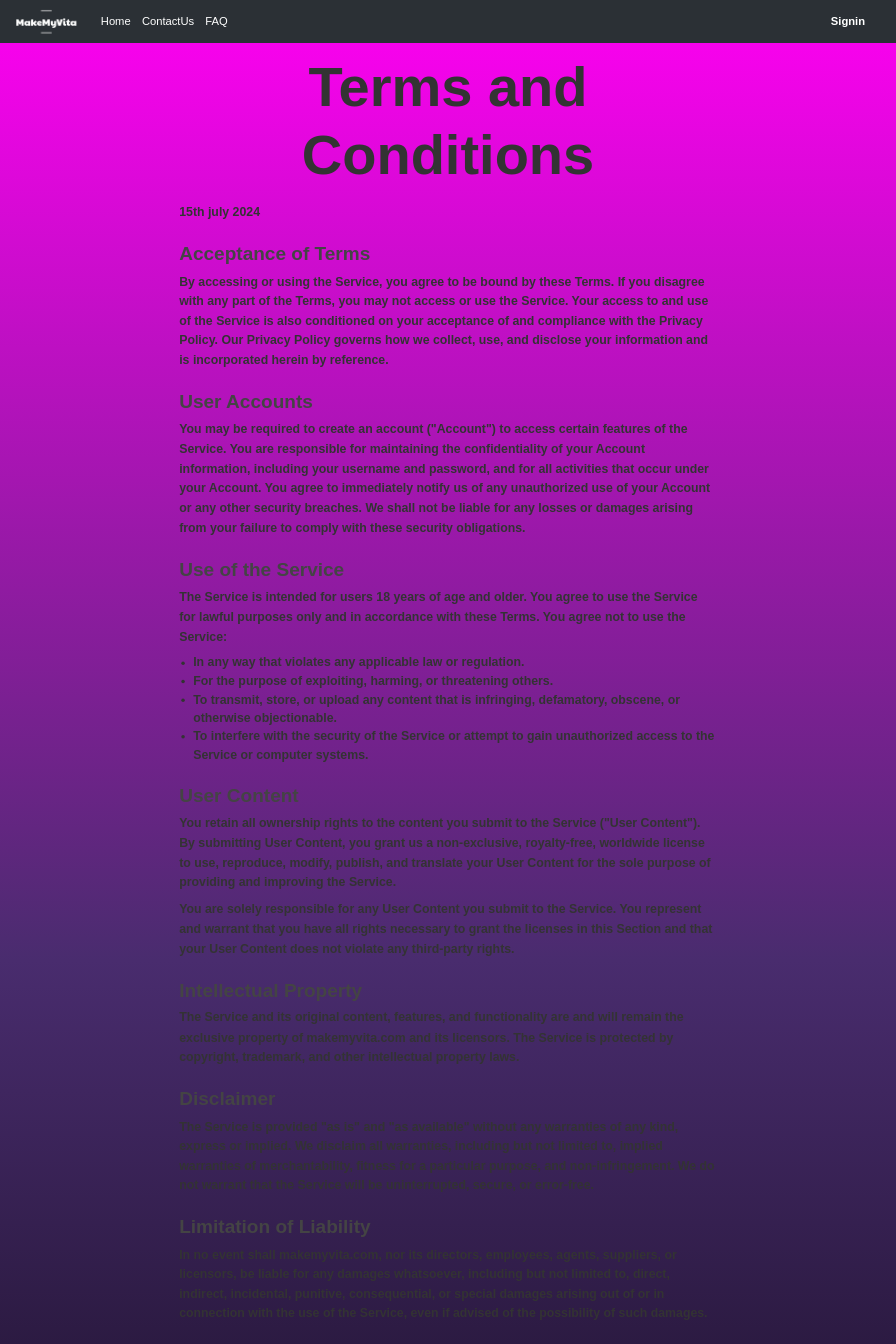
Repository: Tejaakshaykumar/MakeMyVita-Resume-Builder-Website
Page: /T&C (app in frontend/)
These files come from the project's save history. The page is drawn as it stood at one moment and after a run of saves; the edit follows.
The browser window is 1280 px wide. The pictures show the part of the page from y = 0 to 1920 px (the page is 2936 px tall), at 70% of full size.
Some web libraries are served in a nearby version. The project was rebuilt for these pictures with package versions that can differ from the ones it lists, and the page was loaded fresh each time. Also part of the build but not shown: frontend/src/App.css, frontend/src/containers/About.js, frontend/src/containers/Buildresume.js, frontend/src/containers/Images.js, frontend/src/containers/Features.js, frontend/src/containers/Review.js, frontend/src/containers/Trybox.js, frontend/src/containers/Motionbox.js and 5 more.

Above is the page before, as saved 2024-06-10 11:47:19.

After the next 5 saves:
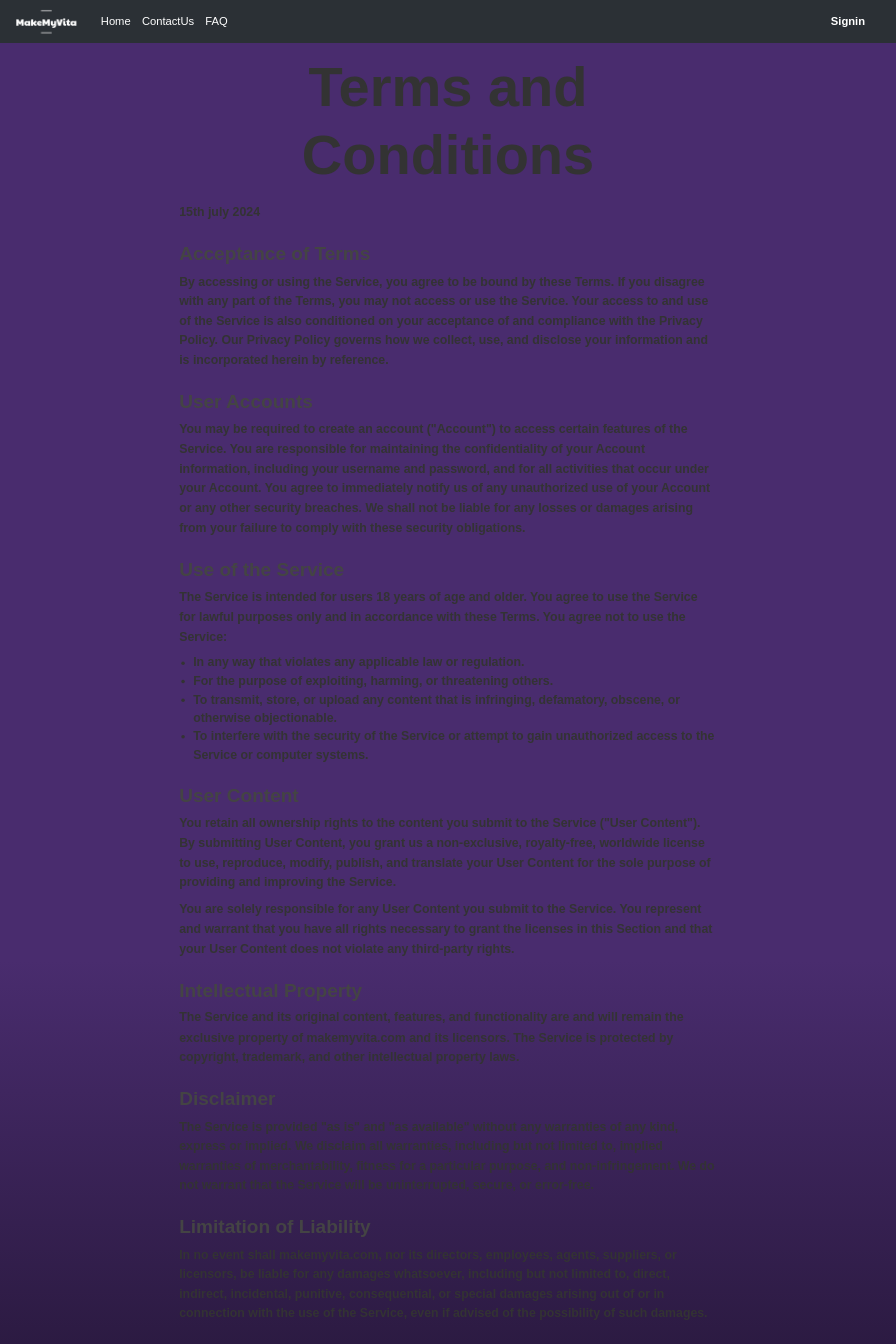
The 5 saves are shown as one change because they came seconds apart.
The last was saved 25 s later.
--- a/frontend/src/pages/pagestyles.css
+++ b/frontend/src/pages/pagestyles.css
@@ -5,7 +5,7 @@
     /* margin: 0 auto; */
     padding: 6% 20%;
     font-family: Arial, sans-serif;
-    background: linear-gradient(to top,rgb(0, 0, 0),rgb(73, 44, 110),rgb(255, 0, 242));
+    background: linear-gradient(to top,rgb(0, 0, 0),rgb(73, 44, 110),rgb(73, 44, 110));
     color: #333;
     /* margin-top: 7%; */
     margin-bottom: -2%;
